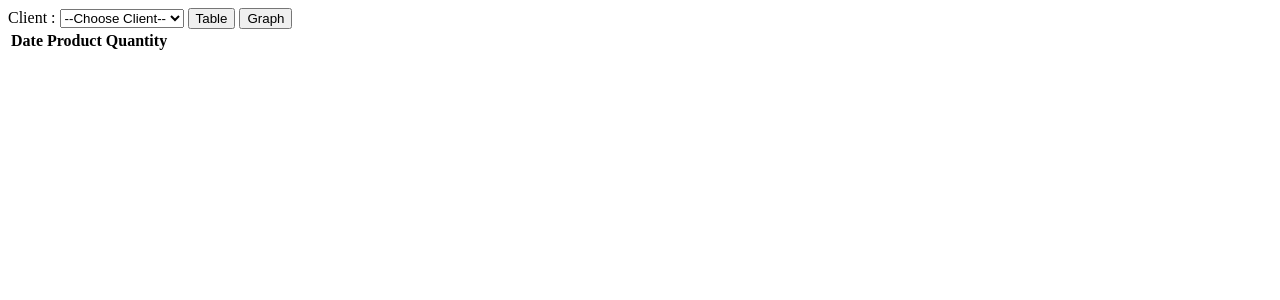
Repository: erjaimin/coding-ground
Page: http://localhost/SalesWebApp/sales.jsp
The author's editor kept a copy of each file at every save. The page is drawn from the files as they stood at one save, then again after the next save.
The browser window is 1280 px wide. The pictures show the whole page.
Some web libraries are served in a nearby version. The page is served by Tomcat 9. Queries for data that is not in the repository find no rows.

Above is the page before, as saved 2017-11-28 05:14:32.
Console error: TypeError: Cannot read properties of null (reading 'style')

After the next save:
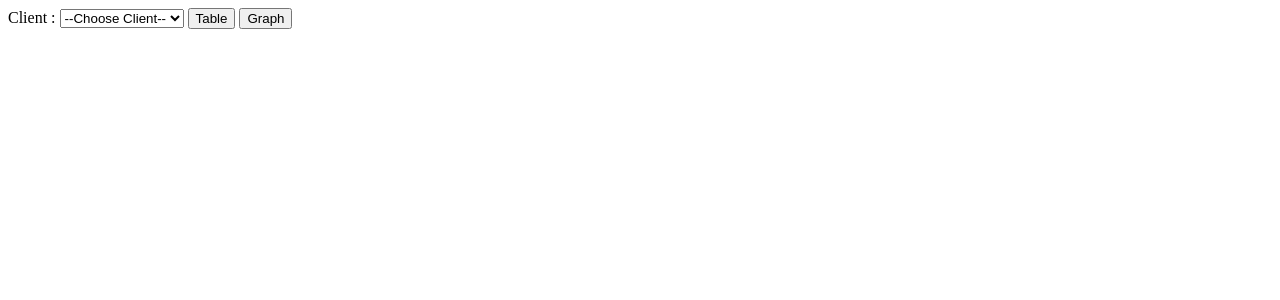
Saved 55 s later.
--- a/SalesWebApp/WebContent/sales.jsp
+++ b/SalesWebApp/WebContent/sales.jsp
@@ -174,23 +174,6 @@
 		<input type="button" id="btnGraph" value="Graph" onclick="graphView();"/>
 	</div>
 	<div>
-		<table>
-			<tr>
-				<th>Date</th>
-				<th>Product</th>
-				<th>Quantity</th>
-			</tr>
-			<%if(products != null){
-	            while(products.next()){%>
-			<tr>
-				<td><%=products.getString(3) %></td>
-				<td><%=products.getString(2) %></td>
-				<td><%=products.getString(1) %></td>
-			</tr>
-			<%}}%>
-		</table>
-	</div>
-	<div>
 		<canvas id="myChart" width='800' height='600'></canvas>
 	</div>
 </body>

After the save that followed:
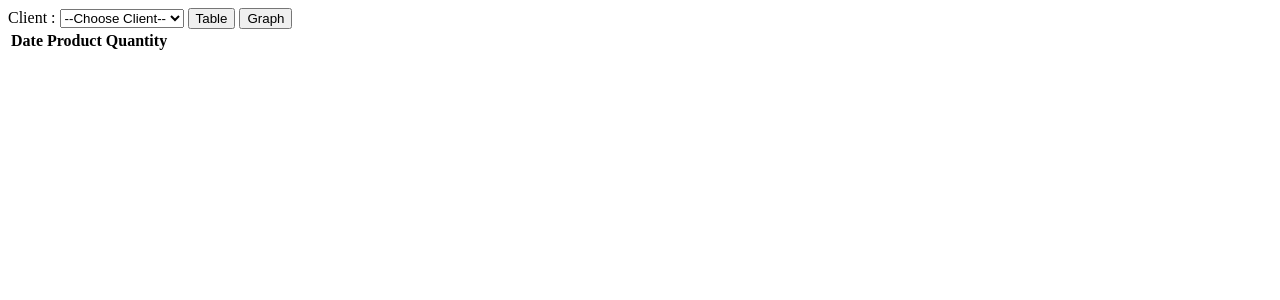
Saved 17 s later.
--- a/SalesWebApp/WebContent/sales.jsp
+++ b/SalesWebApp/WebContent/sales.jsp
@@ -174,6 +174,23 @@
 		<input type="button" id="btnGraph" value="Graph" onclick="graphView();"/>
 	</div>
 	<div>
+		<table>
+			<tr>
+				<th>Date</th>
+				<th>Product</th>
+				<th>Quantity</th>
+			</tr>
+			<%if(products != null){
+	            while(products.next()){%>
+			<tr>
+				<td><%=products.getString(3) %></td>
+				<td><%=products.getString(2) %></td>
+				<td><%=products.getString(1) %></td>
+			</tr>
+			<%}}%>
+		</table>
+	</div>
+	<div>
 		<canvas id="myChart" width='800' height='600'></canvas>
 	</div>
 </body>
